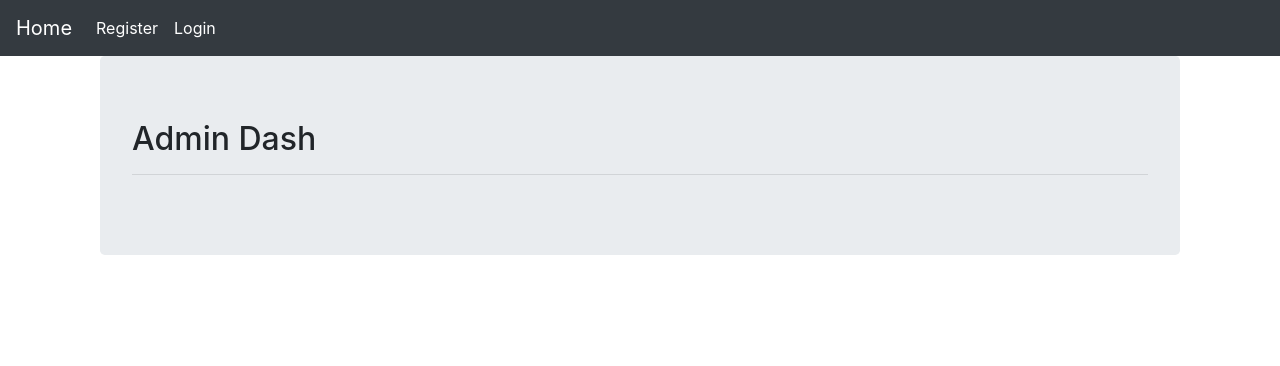
Repository: prabhat8701/nextgrowth_lab_task-main
Page: http://localhost/adminDash/
An editor plug-in stored every save of this project. The page is shown before and after the next save, followed by the edit.
The browser window is 1280 px wide. The pictures show the whole page.
The page is served by the project's application, run on Django 4.2 (manage.py).

Above is the page before, as saved 2023-07-31 17:24:25.

After the next save:
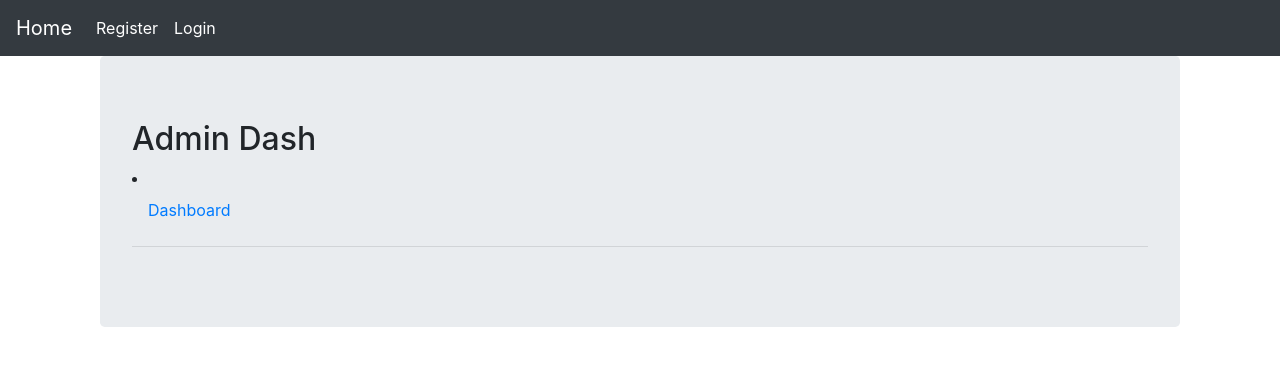
Saved 44 s later.
--- a/nextgrowAi/SET_2/next_project/templates/gradesApp/adminDash.html
+++ b/nextgrowAi/SET_2/next_project/templates/gradesApp/adminDash.html
@@ -4,6 +4,10 @@
 <div class="container">
     <div class="jumbotron">
         <h2>Admin Dash</h2>
+        <li class="nav-item active">
+            <a class="nav-link" href="{% url 'dashboard' %}">Dashboard</a>
+
+        </li>
         <hr>
     </div>
 </div>
